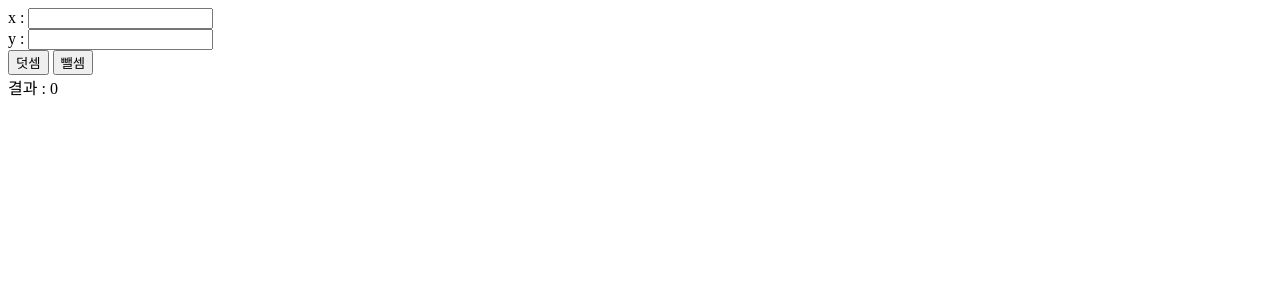
Repository: HimNahyeon/devClassBackup
Page: jsp/youtube_jsp/JSPPrj/WebContent/calc2.html
These files come from the project's save history. The page is drawn as it stood at one moment and after the next save; the edit follows.
The browser window is 1280 px wide. The pictures show the whole page.

Above is the page before, as saved 2021-10-28 05:37:06.

### jsp/youtube_jsp/JSPPrj/WebContent/calc2.html
<!DOCTYPE html>
<html>
<head>
<meta charset="UTF-8">
<title>Insert title here</title>
</head>
<body>
	<div>
		<form action="calc" method="post">
			<div>
				<label>x : </label>
				<input type="text" name="x">
			</div>
			<div>
				<label>y : </label>
				<input type="text" name="y">
			</div>
			<div>
				<input type="submit" name = "operator" value="덧셈">
				<input type="submit" name = "operator"  value="뺄셈">
			</div>
			<div>
				결과 : 0
			</div>
		</form>
	</div>
</body>
</html>

After the next save:
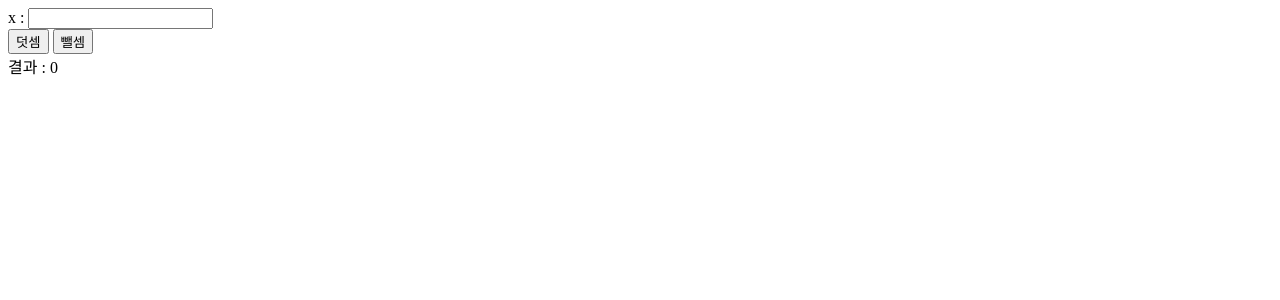
Saved 5 min 39 s later.
--- a/jsp/youtube_jsp/JSPPrj/WebContent/calc2.html
+++ b/jsp/youtube_jsp/JSPPrj/WebContent/calc2.html
@@ -12,10 +12,6 @@
 				<input type="text" name="x">
 			</div>
 			<div>
-				<label>y : </label>
-				<input type="text" name="y">
-			</div>
-			<div>
 				<input type="submit" name = "operator" value="덧셈">
 				<input type="submit" name = "operator"  value="뺄셈">
 			</div>
